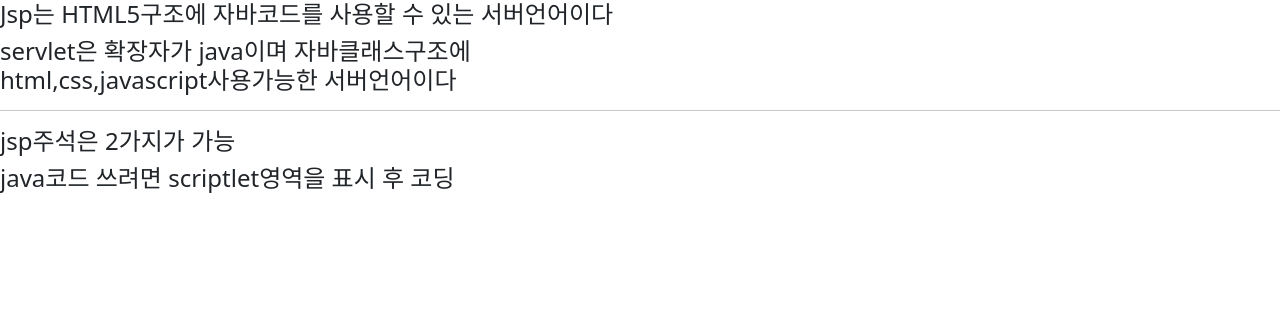
Repository: GANADAG/jspProject
Page: http://localhost/JspProject/day0228/jspStart_01.jsp
An editor plug-in stored every save of this project. The page is shown before and after the next save, followed by the edit.
The browser window is 1280 px wide. The pictures show the whole page.
Some web fonts or font styles are not loaded; a fallback is used. The page is served by Tomcat 9.

Above is the page before, as saved 2024-02-28 01:10:12.

After the next save:
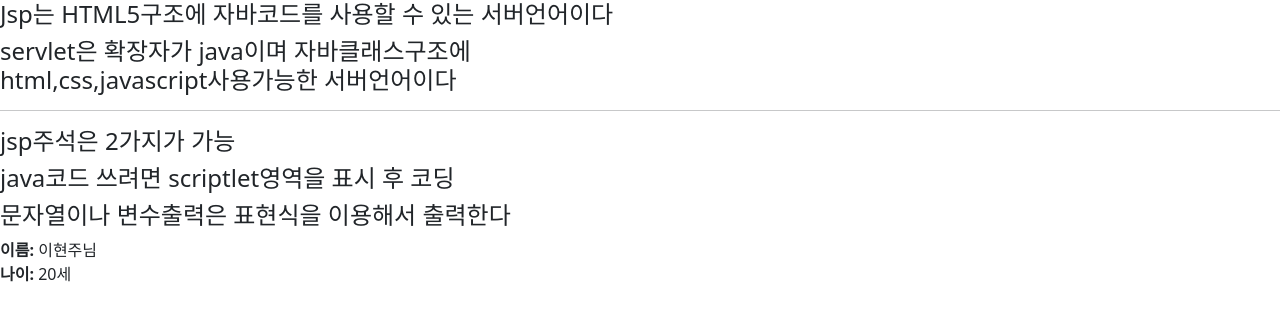
Saved 101 s later.
--- a/JspProject/src/main/webapp/day0228/jspStart_01.jsp
+++ b/JspProject/src/main/webapp/day0228/jspStart_01.jsp
@@ -33,5 +33,9 @@
 		int age=20;
 	String name="이현주";
 	%>
+
+	<h4>문자열이나 변수출력은 표현식을 이용해서 출력한다</h4>
+	<b>이름: </b><%=name %>님<br>
+	<b>나이: </b><%=age %>세<br>
 </body>
 </html>
